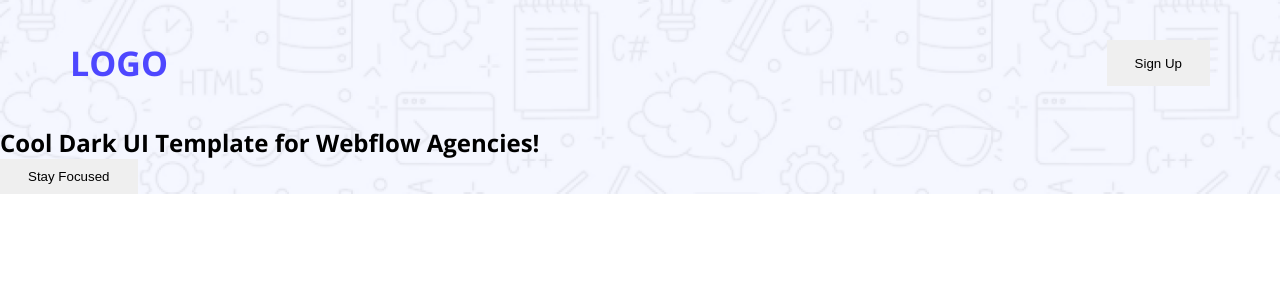
Repository: nahid-hasann/website-3
Page: index.html
These files come from the project's save history. The page is drawn as it stood at one moment and after the next save; the edit follows.
The browser window is 1280 px wide. The pictures show the whole page.

Above is the page before, as saved 2025-07-10 19:24:39.

### index.html
<!DOCTYPE html>
<html lang="en">
<head>
    <meta charset="UTF-8">
    <meta name="viewport" content="width=device-width, initial-scale=10">
    <title>MH NaHid</title>
    <link rel="preconnect" href="https://fonts.googleapis.com">
<link rel="preconnect" href="https://fonts.gstatic.com" crossorigin>
<link href="https://fonts.googleapis.com/css2?family=Open+Sans:ital,wght@0,300..800;1,300..800&family=Raleway:ital,wght@0,100..900;1,100..900&display=swap" rel="stylesheet">
<link rel="stylesheet" href="style.css">
</head>
<body class="open-sans-normal">


<header class="header-section">
      <section class="section-1">
       <h1 style="font-size: 34px; color: #4e47ff;">LOGO</h1>
       <button class="btn">Sign Up</button>
      </section>

      <section class="section-2">
        <h1>Cool Dark UI Template for Webflow Agencies!</h1>
        <button class="btn">Stay Focused</button>
      </section>


</header>





</body>
</html>

### style.css
*{
    margin: 0;
    padding: 0;
    box-sizing: border-box;
}


.open-sans-normal {
  font-family: "Open Sans", sans-serif;
  font-optical-sizing: auto;
  font-style: normal;
  font-variation-settings:
    "wdth" 100;
}

.header-section{
    background-image: url('Assets/Hero-bg.png');
    background-repeat: no-repeat;
    background-position: center;
    background-size: cover;
}

.section-1{
    display: flex;
    justify-content: space-between;
    padding: 40px 0;
    width: 1140px;
    margin: auto;
}

.btn{
    padding: 10px 28px;
    border: none;
    background-color: 4e47ff ;
}

After the next save:
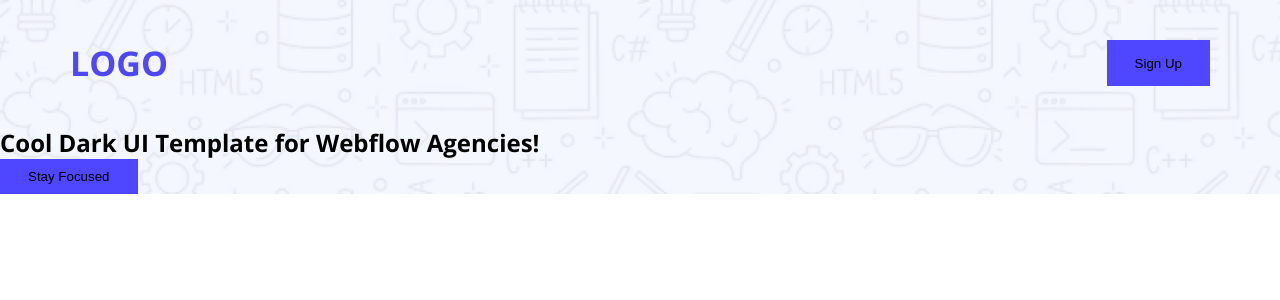
Saved 4 s later.
--- a/style.css
+++ b/style.css
@@ -31,5 +31,5 @@
 .btn{
     padding: 10px 28px;
     border: none;
-    background-color: 4e47ff ;
+    background-color: #4e47ff ;
 }
